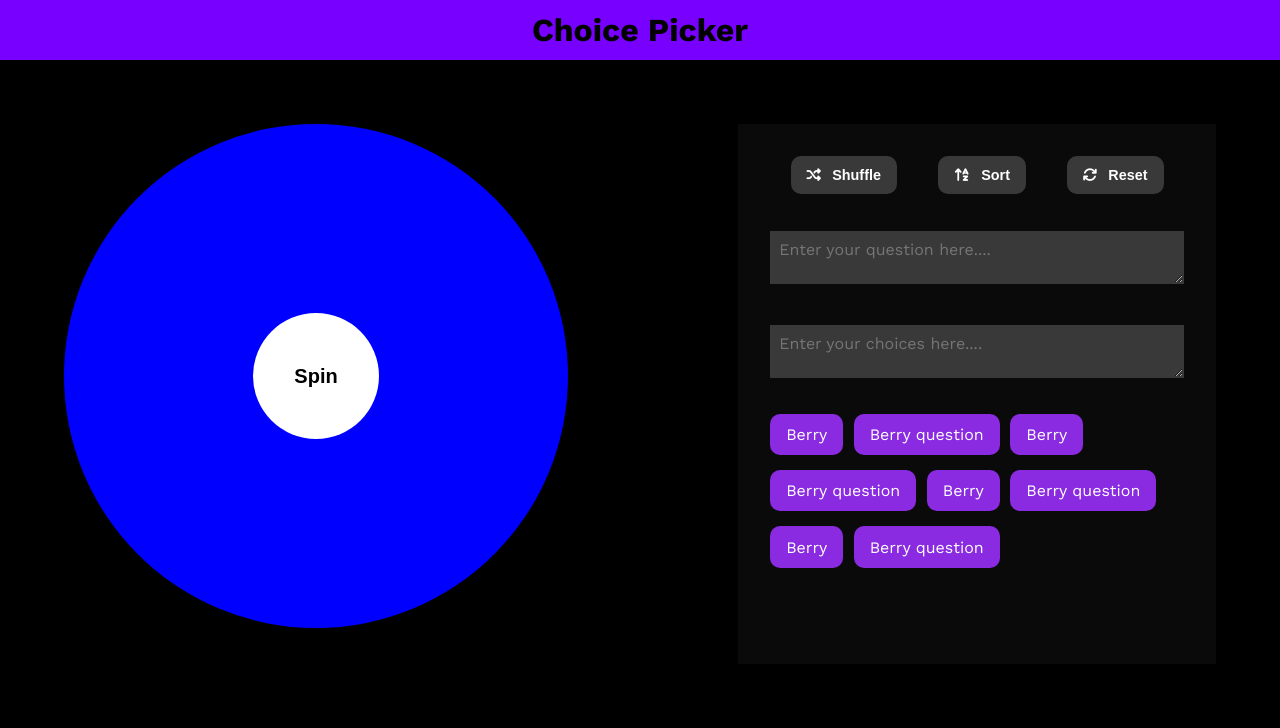
Repository: emiliaiwu/choice_wheel_spinner
Page: index.html
These files come from the project's save history. The page is drawn as it stood at one moment and after a run of saves; the edit follows.
The browser window is 1280 px wide. The pictures show the whole page.
Some web libraries are served in a nearby version.

Above is the page before, as saved 2023-01-10 01:02:40.

### index.html
<!DOCTYPE html>
<html lang="en">
<head>
    <meta charset="UTF-8">
    <meta http-equiv="X-UA-Compatible" content="IE=edge">
    <meta name="viewport" content="width=device-width, initial-scale=1.0">
    <script src="https://kit.fontawesome.com/fd9c36575f.js" crossorigin="anonymous"></script>
    <link rel="stylesheet" href="style.css">
    <title>Choice Picker</title>
</head>
<body>
    <header>
        <h1>Choice Picker</h1>
    </header>
    <div class="container">
        <div class="choice_picker_container">
            <div class="choice_picker">
                <div class="circle">
                    <button class="spin">
                        <h2>Spin</h2>
                    </button>
                </div>
            </div>
            <div class="choice_details">
                <div class="choice_style">
                    <button class="shuffle btn"><i class="fa-solid fa-shuffle"></i>Shuffle</button>
                    <button class="sort btn"><i class="fa-solid fa-arrow-up-a-z"></i>Sort</button>
                    <button class="reset btn"><i class="fa-solid fa-arrows-rotate"></i>Reset</button>
                </div>
                <div class="question">
                    <textarea name="question" id="" placeholder="Enter your question here...."></textarea>
                </div>
                <div class="make_choices">
                    <textarea name="choices" id="" placeholder="Enter your choices here...."></textarea>
                </div>
                <div class="listed_choices">
                    <span class="choice">Berry</span>
                    <span class="choice">Berry question</span>
                    <span class="choice">Berry</span>
                    <span class="choice">Berry question</span>
                    <span class="choice">Berry</span>
                    <span class="choice">Berry question</span>
                    <span class="choice">Berry</span>
                    <span class="choice">Berry question</span>
                </div>
            </div>
        </div>
        <div class="picked_choice">

        </div>
    </div>
</body>
</html>

### style.css
@import url('https://fonts.googleapis.com/css2?family=Work+Sans:ital,wght@0,400;0,500;1,600;2,700&display=swap');

* {
    padding: 0;
    margin: 0;
    box-sizing: border-box;
}


body {
    background-color: #000000;
    font-family: 'Work Sans', sans-serif;
    max-width: 100vw;
    min-height: 100vh;
    color: #ffffff;

}

header {
    height: 60px;
    width: 100%;
    background-color:rgb(119, 0, 255);
    color: #000;

}

header,
.spin {
    display: flex;
    align-items: center;
    justify-content: center;

}

.container {
    padding: 5%;
}

.container,
.choice_picker {
    width: 100%;
    height: 100%;
}

.choice_picker_container {
    display: flex;
    align-items: flex-start;
    justify-content: space-between;
    gap: 2rem;
}

.circle {
    width: 70vmin;
    height: 70vmin;
    background-color: blue;
    border-radius: 50%;
    position: relative;
}

.spin {
    width: 25%;
    height: 25%;
    background-color: #FFFFFF;
    position: absolute;
    border-radius: 50%;
    top: 50%;
    left: 50%;
    transform: translate(-50%, -50%);
    outline: none;
    border: none;
}


.choice_details {
    padding: 2rem;
    height: 75vh;
    width: 70%;
    background-color: #0a0a0a;
    display: flex;
    flex-direction: column;
    gap: 2rem;

}

.choice_style {
    display: flex;
    justify-content: space-around;
    align-items: center;
    /* margin-bottom: 2rem; */
}

.btn {
    padding: .7rem 1rem;
    font-size: .9rem;
    font-weight: 600;
    border-radius: 10px;
    background-color: #393939;
    border: none;
    color: #FFFFFF;
}

.fa-solid {
    margin-right: .7rem;
}

label {
    font-weight: 600;
    font-size: 1.1rem;
}


textarea {
    padding: .5rem .5rem .3rem;
    width: 100%;
    font-size: 1rem;
    border: 1px solid #393939;
    outline: none;
    margin-top: .3rem;
    background-color: #393939;
    color: #FFFFFF;
    font-family: inherit;
}

.listed_choices {
    width: 100%;
    height: 100%;
}

.choice {
    display: inline-block;
    padding: .7rem 1rem;
    background-color: blueviolet;
    border-radius: 10px;
    margin: 0 5px 15px 0px;
}



@media only screen and (max-width: 600px) {
    .choice_picker_container {
        flex-direction: column;
        justify-content: center;
        align-items: center;
    }
}

After the next 3 saves:
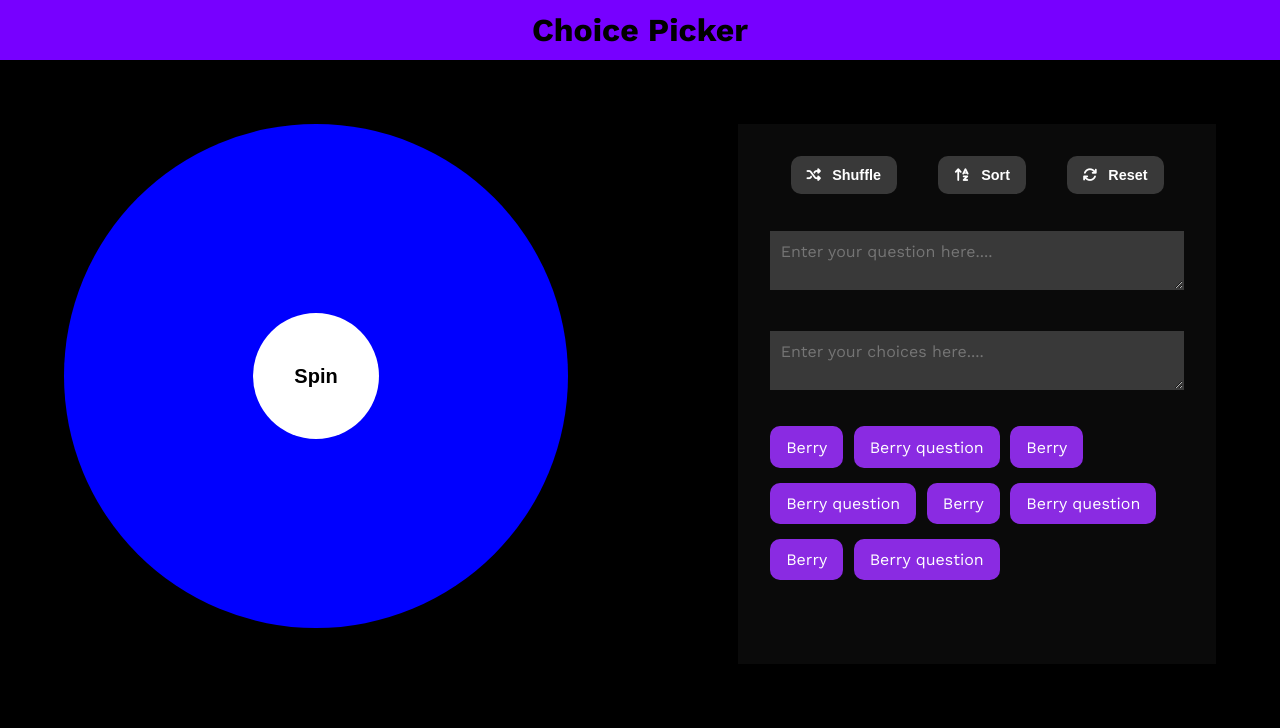
The 3 saves are shown as one change because they came seconds apart.
The last was saved 22 s later.
--- a/style.css
+++ b/style.css
@@ -110,7 +110,7 @@ label {
 
 
 textarea {
-    padding: .5rem .5rem .3rem;
+    padding: .6rem;
     width: 100%;
     font-size: 1rem;
     border: 1px solid #393939;
